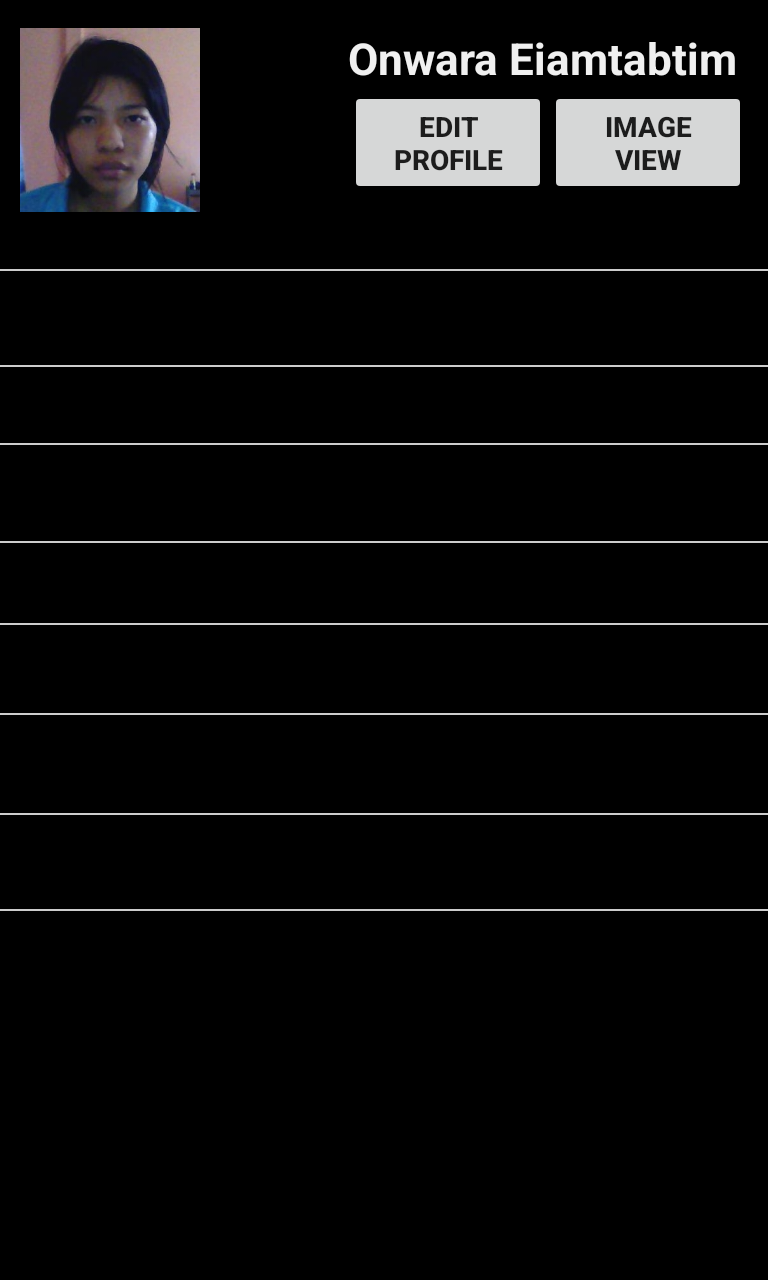
Repository: Android55410599/PROFILE
Layout: Resume_55410559/res/layout/activity_main.xml
The author's editor kept a copy of each file at every save. The layout is drawn from the files as they stood at one save, then again after the next save.
It is drawn on a 768 x 1280 px phone screen (xhdpi) without system bars, with theme AppTheme; the app's code is not run.

Above is the layout before, as saved 2014-09-03 13:53:43.

### Resume_55410559/res/layout/activity_main.xml
<RelativeLayout xmlns:android="http://schemas.android.com/apk/res/android"
    xmlns:tools="http://schemas.android.com/tools"
    android:layout_width="match_parent"
    android:layout_height="match_parent"
    android:background="#000000"
    tools:context="com.example.resume_55410599.MainActivity" >

    <LinearLayout
        android:id="@+id/linearLayout1"
        android:layout_width="100dp"
        android:layout_height="100dp"
        android:layout_marginTop="10dp" >

        <ImageView
            android:id="@+id/imageView1"
            android:layout_width="wrap_content"
            android:layout_height="wrap_content"
            android:layout_marginLeft="10dp"
            android:src="@drawable/enn" />

    </LinearLayout>

    <TextView
        android:id="@+id/textView1"
        android:layout_width="wrap_content"
        android:layout_height="wrap_content"
        android:layout_alignLeft="@+id/linearLayout3"
        android:layout_alignParentTop="true"
        android:layout_marginTop="14dp"
        android:text="Onwara Eiamtabtim"
        android:textAppearance="?android:attr/textAppearanceLarge"
        android:textColor="#F0F0F0"
        android:textStyle="bold" />

    <LinearLayout
        android:id="@+id/linearLayout3"
        android:layout_width="wrap_content"
        android:layout_height="wrap_content"
        android:layout_alignParentRight="true"
        android:layout_below="@id/textView1"
        android:layout_marginRight="10dp"
        android:background="#000000" >

        <Button
            android:id="@+id/btn1"
            android:layout_width="100dp"
            android:layout_height="wrap_content"
            android:text="Edit Profile"
            android:textStyle="bold" />

        <Button
            android:id="@+id/btnimg"
            android:layout_width="100dp"
            android:layout_height="wrap_content"
            android:text="Image View"
            android:textStyle="bold" />

    </LinearLayout>

    <LinearLayout
        android:id="@+id/linearLayout2"
        android:layout_width="match_parent"
        android:layout_height="wrap_content"
        android:layout_alignParentLeft="true"
        android:layout_below="@+id/linearLayout1" >

        <TextView
            android:id="@+id/textView2"
            android:layout_width="wrap_content"
            android:layout_height="wrap_content"
            android:layout_marginLeft="5dp"
            android:text="Student in Burapha University BC 15"
            android:textAppearance="?android:attr/textAppearanceMedium"
            android:textStyle="bold|italic" />

    </LinearLayout>

    <TextView
        android:id="@+id/textView3"
        android:layout_width="wrap_content"
        android:layout_height="wrap_content"
        android:layout_alignParentLeft="true"
        android:layout_below="@+id/view1"
        android:layout_marginLeft="15dp"
        android:layout_marginTop="14dp"
        android:text="Age"
        android:textStyle="bold" />

    <TextView
        android:id="@+id/textView4"
        android:layout_width="wrap_content"
        android:layout_height="wrap_content"
        android:layout_alignBaseline="@+id/textView3"
        android:layout_alignBottom="@+id/textView3"
        android:layout_alignRight="@+id/textView1"
        android:text="21" />

    <TextView
        android:id="@+id/textView6"
        android:layout_width="wrap_content"
        android:layout_height="wrap_content"
        android:layout_alignBottom="@+id/view3"
        android:layout_alignRight="@+id/linearLayout3"
        android:layout_marginBottom="14dp"
        android:text="Female" />

    <TextView
        android:id="@+id/textView5"
        android:layout_width="wrap_content"
        android:layout_height="wrap_content"
        android:layout_alignBaseline="@+id/textView6"
        android:layout_alignBottom="@+id/textView6"
        android:layout_alignLeft="@+id/textView3"
        android:text="Sex"
        android:textStyle="bold" />

    <TextView
        android:id="@+id/textView7"
        android:layout_width="wrap_content"
        android:layout_height="wrap_content"
        android:layout_alignBottom="@+id/View01"
        android:layout_alignLeft="@+id/textView5"
        android:layout_marginBottom="16dp"
        android:text="Nickname"
        android:textStyle="bold" />

    <TextView
        android:id="@+id/textView8"
        android:layout_width="wrap_content"
        android:layout_height="wrap_content"
        android:layout_alignBaseline="@+id/textView7"
        android:layout_alignBottom="@+id/textView7"
        android:layout_alignRight="@+id/textView4"
        android:text="On" />

    <TextView
        android:id="@+id/textView10"
        android:layout_width="wrap_content"
        android:layout_height="wrap_content"
        android:layout_alignBottom="@+id/View02"
        android:layout_alignRight="@+id/textView6"
        android:layout_marginBottom="14dp"
        android:text="Computer Business" />

    <TextView
        android:id="@+id/textView9"
        android:layout_width="wrap_content"
        android:layout_height="wrap_content"
        android:layout_alignBaseline="@+id/textView10"
        android:layout_alignBottom="@+id/textView10"
        android:layout_alignRight="@+id/textView13"
        android:text="Major"
        android:textStyle="bold" />

    <TextView
        android:id="@+id/textView12"
        android:layout_width="wrap_content"
        android:layout_height="wrap_content"
        android:layout_alignBottom="@+id/View03"
        android:layout_alignLeft="@+id/textView10"
        android:layout_marginBottom="16dp"
        android:text="Science and Social " />

    <TextView
        android:id="@+id/textView11"
        android:layout_width="wrap_content"
        android:layout_height="wrap_content"
        android:layout_alignBaseline="@+id/textView12"
        android:layout_alignBottom="@+id/textView12"
        android:layout_alignLeft="@+id/textView7"
        android:text="Faculty"
        android:textStyle="bold" />

    <TextView
        android:id="@+id/textView14"
        android:layout_width="wrap_content"
        android:layout_height="wrap_content"
        android:layout_alignRight="@+id/textView16"
        android:layout_below="@+id/View03"
        android:layout_marginTop="16dp"
        android:text="3" />

    <TextView
        android:id="@+id/textView13"
        android:layout_width="wrap_content"
        android:layout_height="wrap_content"
        android:layout_alignBaseline="@+id/textView14"
        android:layout_alignBottom="@+id/textView14"
        android:layout_alignLeft="@+id/textView11"
        android:text="Grade"
        android:textStyle="bold" />

    <TextView
        android:id="@+id/textView16"
        android:layout_width="wrap_content"
        android:layout_height="wrap_content"
        android:layout_alignBaseline="@+id/textView15"
        android:layout_alignBottom="@+id/textView15"
        android:layout_alignRight="@+id/textView10"
        android:text="Burapha University" />

    <View
        android:id="@+id/View02"
        android:layout_width="wrap_content"
        android:layout_height="1dp"
        android:layout_alignParentLeft="true"
        android:layout_below="@+id/View01"
        android:layout_marginTop="40dp"
        android:background="#cccccc" />

    <TextView
        android:id="@+id/textView15"
        android:layout_width="wrap_content"
        android:layout_height="wrap_content"
        android:layout_alignLeft="@+id/textView9"
        android:layout_below="@+id/View04"
        android:layout_marginTop="14dp"
        android:text="University"
        android:textStyle="bold" />

    <View
        android:id="@+id/view1"
        android:layout_width="wrap_content"
        android:layout_height="1dp"
        android:layout_alignParentLeft="true"
        android:layout_below="@+id/linearLayout2"
        android:background="#cccccc" />

    <View
        android:id="@+id/view2"
        android:layout_width="wrap_content"
        android:layout_height="1dp"
        android:layout_alignParentLeft="true"
        android:layout_below="@+id/textView3"
        android:layout_marginTop="14dp"
        android:background="#cccccc" />

    <View
        android:id="@+id/View04"
        android:layout_width="wrap_content"
        android:layout_height="1dp"
        android:layout_alignParentLeft="true"
        android:layout_below="@+id/textView14"
        android:layout_marginTop="14dp"
        android:background="#cccccc" />

    <View
        android:id="@+id/View05"
        android:layout_width="wrap_content"
        android:layout_height="1dp"
        android:layout_alignParentLeft="true"
        android:layout_below="@+id/textView16"
        android:layout_marginTop="14dp"
        android:background="#cccccc" />

    <View
        android:id="@+id/View03"
        android:layout_width="wrap_content"
        android:layout_height="1dp"
        android:layout_alignParentLeft="true"
        android:layout_below="@+id/textView10"
        android:layout_marginTop="44dp"
        android:background="#cccccc" />

    <View
        android:id="@+id/View01"
        android:layout_width="wrap_content"
        android:layout_height="1dp"
        android:layout_alignParentLeft="true"
        android:layout_below="@+id/textView6"
        android:layout_marginTop="48dp"
        android:background="#cccccc" />

    <View
        android:id="@+id/view3"
        android:layout_width="wrap_content"
        android:layout_height="1dp"
        android:layout_alignParentLeft="true"
        android:layout_below="@+id/view2"
        android:layout_marginTop="38dp"
        android:background="#cccccc" />

</RelativeLayout>

Loaded but not shown: Resume_55410559/res/values/styles.xml (common file); Resume_55410559/res/values-v11/styles.xml (common file); Resume_55410559/res/values-v14/styles.xml (common file)

After the next save:
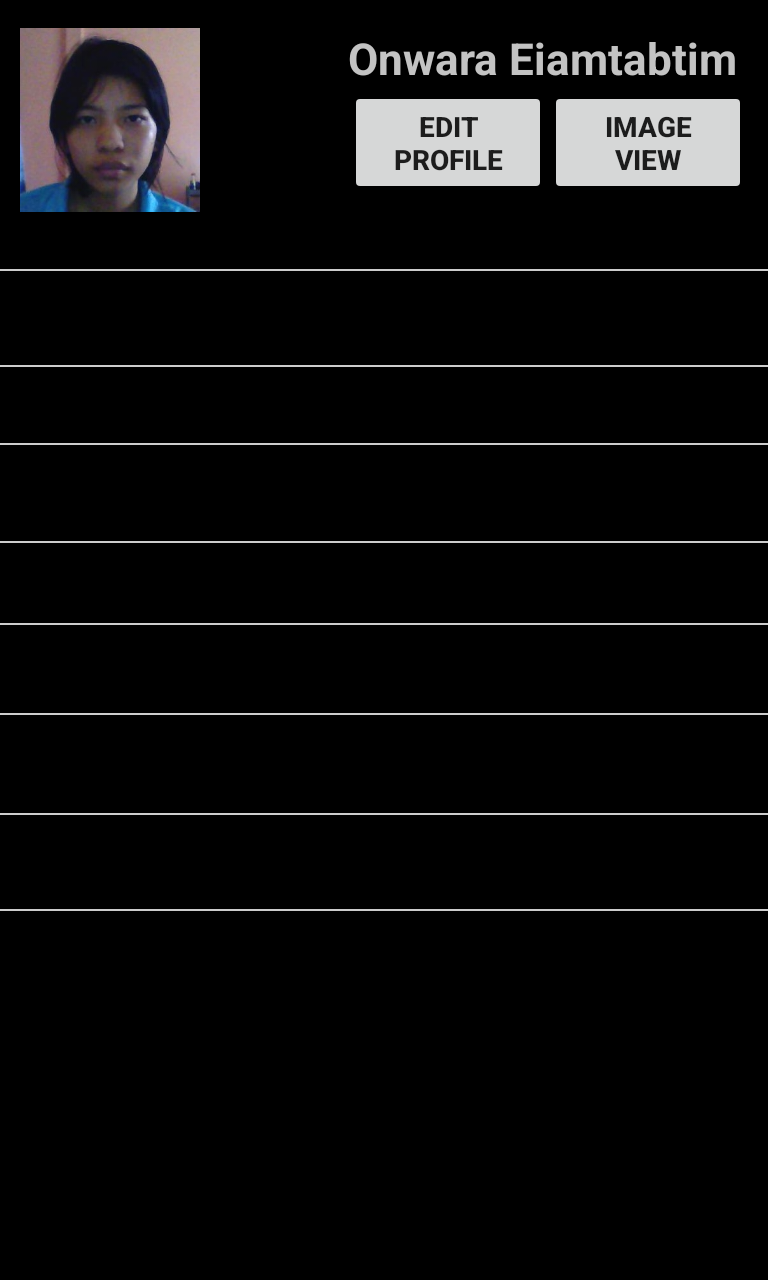
Saved 20 s later.
--- a/Resume_55410559/res/layout/activity_main.xml
+++ b/Resume_55410559/res/layout/activity_main.xml
@@ -29,7 +29,7 @@
         android:layout_marginTop="14dp"
         android:text="Onwara Eiamtabtim"
         android:textAppearance="?android:attr/textAppearanceLarge"
-        android:textColor="#F0F0F0"
+        android:textColor="#C3C3C3"
         android:textStyle="bold" />
 
     <LinearLayout
